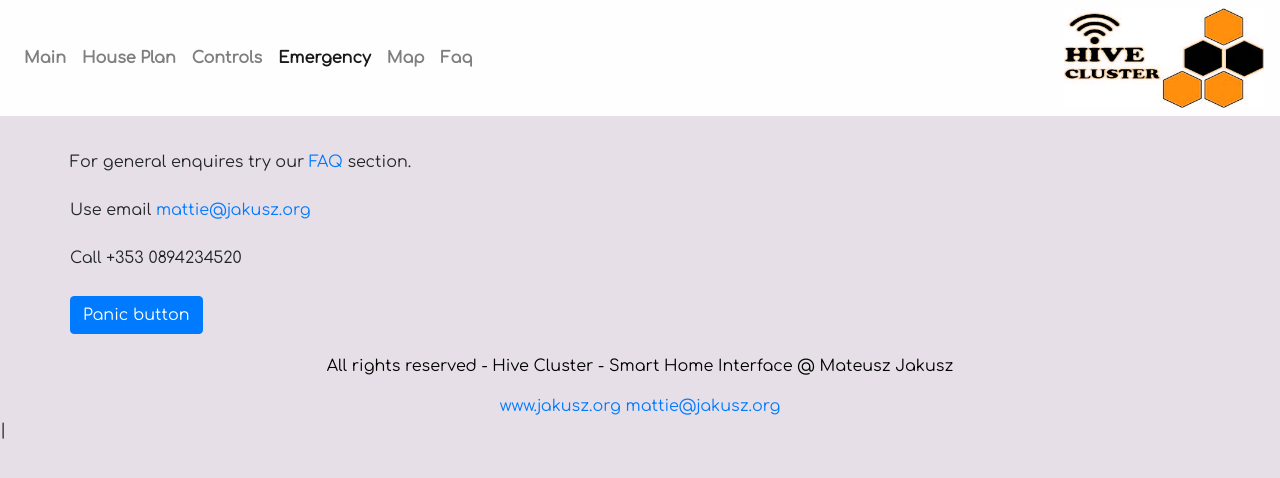
Repository: Code-Institute-Submissions/bloobsky-Milestone2-2
Page: emergency.html
The author's editor kept a record of every edit. The page is drawn from the files as they stood at one moment, then again after the next edit.
The browser window is 1280 px wide. The pictures show the whole page.

Above is the page before.
Console error: ReferenceError: emailjs is not defined

### emergency.html
<!DOCTYPE html>
<html lang="en">

<head>
    <meta charset="UTF-8">
    <meta name="viewport" content="width=device-width, initial-scale=1.0">
    <meta http-equiv="X-UA-Compatible" content="ie=edge">
    <link href="https://stackpath.bootstrapcdn.com/bootstrap/4.3.1/css/bootstrap.min.css" rel="stylesheet" integrity="sha384-ggOyR0iXCbMQv3Xipma34MD+dH/1fQ784/j6cY/iJTQUOhcWr7x9JvoRxT2MZw1T" crossorigin="anonymous">
    <link rel="stylesheet" href="https://maxcdn.bootstrapcdn.com/font-awesome/4.7.0/css/font-awesome.min.css" type="text/css" />
    <link rel="stylesheet" href="css/style.css" type="text/css" />
    <title>HiVE CLUSTER - Smart Home Interface</title>
</head>

<body>
    <!-- navigation -->
    <div class="container-fluid navalert-container">
        <nav class="navbar navbar-light navbar-expand-sm navbar-center">
            <button class="navbar-toggler ml-auto" type="button" data-toggle="collapse" data-target="#navbarNavDropdown" aria-controls="navbarNavDropdown" aria-expanded="false" aria-label="Toggle navigation">
        <span class="navbar-toggler-icon"></span></button>


            <div class="collapse navbar-collapse" id="navbarNavDropdown">
                <ul class="navbar-nav mr-auto">

                    <li class="nav-item "><a class="nav-link" href="index.html">Main</a></li>
                    <li class="nav-item "><a class="nav-link" href="plan.html">House Plan</a></li>
                    <li class="nav-item "><a class="nav-link" href="control.html">Controls</a></li>
                    <li class="nav-item "><a class="nav-link active" href="emergency.html">Emergency</a></li>
                    <li class="nav-item "><a class="nav-link" href="map.html">Map</a></li>
                    <li class="nav-item "><a class="nav-link" href="faq.html">Faq</a></li>
                </ul>
            </div>
            <img src="img/logo.jpg" width="200px" height="100px">
        </nav>
    </div>


    <!-- container -->
    <div class="container">
        <div class="row sm-12" id="emergency">
            <p>For general enquires try our <a href="faq.html">FAQ</a> section.<br><br> Use email <a href=mailto:mattie@jakusz.org>mattie@jakusz.org</a><br><br> Call +353 0894234520</p><br>
        </div>
        <div class="row sm-12">
            <!-- Button trigger modal -->
            <button type="button" class="btn btn-primary" data-toggle="modal" data-target="#exampleModal">
  Panic button
</button>

            <!-- Modal -->
            <div class="modal fade" id="exampleModal" tabindex="-1" role="dialog" aria-labelledby="exampleModalLabel" aria-hidden="true">
                <div class="modal-dialog" role="document">
                    <div class="modal-content">
                        <div class="modal-header">
                            <h5 class="modal-title" id="exampleModalLabel">Panic button</h5>
                            <button type="button" class="close" data-dismiss="modal" aria-label="Close">
          <span aria-hidden="true">&times;</span>
        </button>
                        </div>
                        <div class="modal-body">
                            Are you sure you want to send emergency to the headquarter ? This cannot be undone.
                        </div>
                        <div class="modal-footer">
                            <button type="button" class="btn btn-secondary" data-dismiss="modal">Close</button>
                            <form onsubmit="return sendMail(this);">
                                <button type="submit" class="btn btn-primary">      Send Emergency  </button>
                            </form>
                        </div>
                    </div>
                </div>
            </div>
        </div>

    </div>
    <!-- footer -->
    <footer>
        <p> All rights reserved - Hive Cluster - Smart Home Interface @ Mateusz Jakusz </p>
        <a href="www.jakusz.org">www.jakusz.org</a>
        <a href="mailto:mattie@jakusz.org">mattie@jakusz.org</a>
    </footer>

    <!-- scripts -->
    <script type="text/javascript" src="https://cdn.jsdelivr.net/npm/emailjs-com@2.3.2/dist/email.min.js"></script>
    <script type="text/javascript">
        (function() {
            emailjs.init("user_6KZjWKGFdaIANLT0wU2Zf");
        })();
    </script>
    <script src="https://code.jquery.com/jquery-3.3.1.slim.min.js" integrity="sha384-q8i/X+965DzO0rT7abK41JStQIAqVgRVzpbzo5smXKp4YfRvH+8abtTE1Pi6jizo" crossorigin="anonymous"></script>
    <script src="https://cdnjs.cloudflare.com/ajax/libs/popper.js/1.14.3/umd/popper.min.js" integrity="sha384-ZMP7rVo3mIykV+2+9J3UJ46jBk0WLaUAdn689aCwoqbBJiSnjAK/l8WvCWPIPm49" crossorigin="anonymous"></script>
    <script src="https://stackpath.bootstrapcdn.com/bootstrap/4.1.3/js/bootstrap.min.js" integrity="sha384-ChfqqxuZUCnJSK3+MXmPNIyE6ZbWh2IMqE241rYiqJxyMiZ6OW/JmZQ5stwEULTy" crossorigin="anonymous"></script>
    <script src="js/map.js"></script>
    <script src="js/sendMail.js"></script>|
</body>

</html>

### css/style.css
@import url('https://fonts.googleapis.com/css?family=Comfortaa&display=swap');


/* body */

body {
    background-color: #E7DFE8;
    font-family: 'Comfortaa', sans-serif;
}

/* container */

.container {
    padding-top: 150px;
}

/* Navbar */

.navalert-container {
    position: fixed;
    top: 0;
    left: 0;
    z-index: 1;
    padding-left: 0;
    padding-right: 0;
}

.navbar {
    margin-bottom: 0;
    width: 100%;
    background-color: #FEFEFF;
    border: 0;
    text-align: center;
    float: none;
}

.navbar .navbar-toggler {
    border: 0;
}

.navbar .navbar-brand {
    font-weight: bold;
}

.navbar .navbar-nav a {
    font-weight: bold;
}

/* main */

.main {}

/* map */

#map {
    padding-top: 400px;
    min-height: 460px;
}

.map p {
    text-align: center;
}

/* emergency */

#emergency {}

#emergency p {
    padding-bottom: 10px;
}

/* faq */

.faq {
    width: 100%;
}

/* controls */

.control {

    text-align: center;
}

.control h5 {
    text-align: center;
}

.control2 {
    padding-top: 30px;
}

/* footer */

footer {
    color: black;
    text-align: center;
    padding-top: 20px;
}

.footer a {
    color: #243e36;
}

.footer a:hover {
    color: #25291c;
    font-weight: 600;
    text-decoration: none;

}

/* plan */

.card-body {
    background-color: #E7DFE8;
    width: 100%;
}

.lightoff {
    width: 200px;
    height: 150px;
    border: 1px solid;
    border-color: black;
    background-color: gray;

}

.lighton {
    width: 200px;
    height: 150px;
    border: 1px solid;
    border-color: black;
    background-color: yellow;
}


/* media queries */

#graphiclogo {
    width: 200px;
    height: 100px;
}

@media (max-width: 568px) {
    #graphiclogo {
    width: 150px;
    height: 75px;


}
    }

### js/map.js
function initMap() {
    var map = new google.maps.Map(document.getElementById("map"), {
        zoom: 8,
        center: {
            lat: 52.857500,
            lng: -8.987437
        }
    });

    var labels = "ABCDEFGHIJKLMONPQRSTUVWXYZ";

    var locations = [{
        lat: 52.857500,
        lng: -8.987437
    }];

    var markers = locations.map(function(location, i) {
        return new google.maps.Marker({
            position: location,
            label: labels[i % labels.length]
        });
    });

    var markerCluster = new MarkerClusterer(map, markers, {
        imagePath: 'https://developers.google.com/maps/documentation/javascript/examples/markerclusterer/m'
    });
}

### js/sendMail.js
function sendMail(contactForm) {


    emailjs.send("gmail", "project", {
            "from_name": "Matt Jakusz",
            "project_request": "Please make me a website",
            "from_email": "bloobsky@gmail.com",
            "customer_number": "000001",
            "tel_number": "0894234520"

        })
        .then(
            function(response) {
                console.log("SUCCESS", response);
            },
            function(error) {
                console.log("FAILED", error);

            });
    return false;
}

After the next edit:
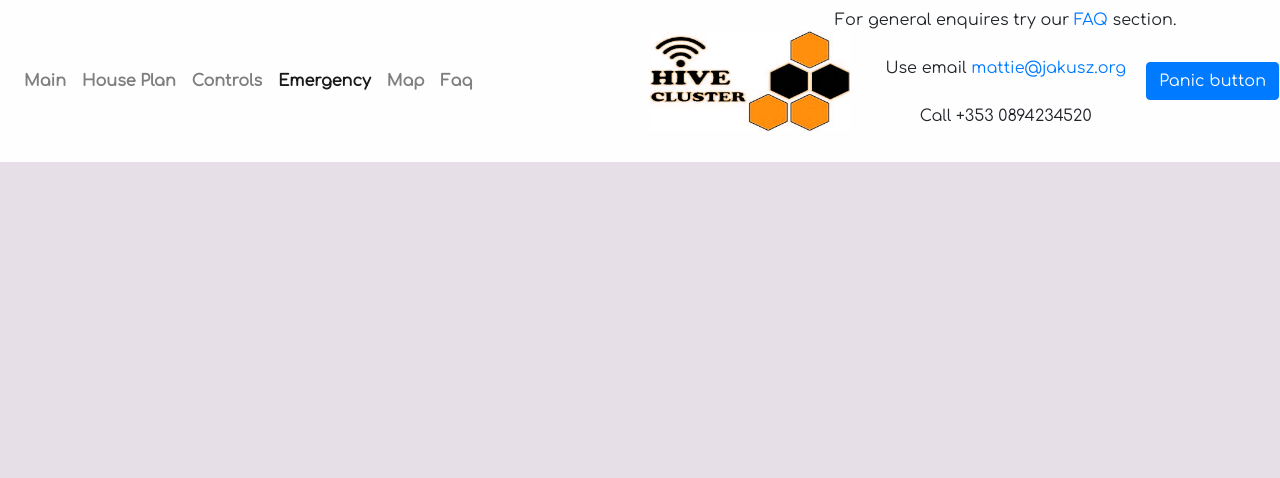
The edit:
--- a/emergency.html
+++ b/emergency.html
@@ -30,7 +30,7 @@
                     <li class="nav-item "><a class="nav-link" href="faq.html">Faq</a></li>
                 </ul>
             </div>
-            <img src="img/logo.jpg" width="200px" height="100px">
+            <img src="img/logo.jpg" alt="logo" width="200" height="100>
         </nav>
     </div>
 
